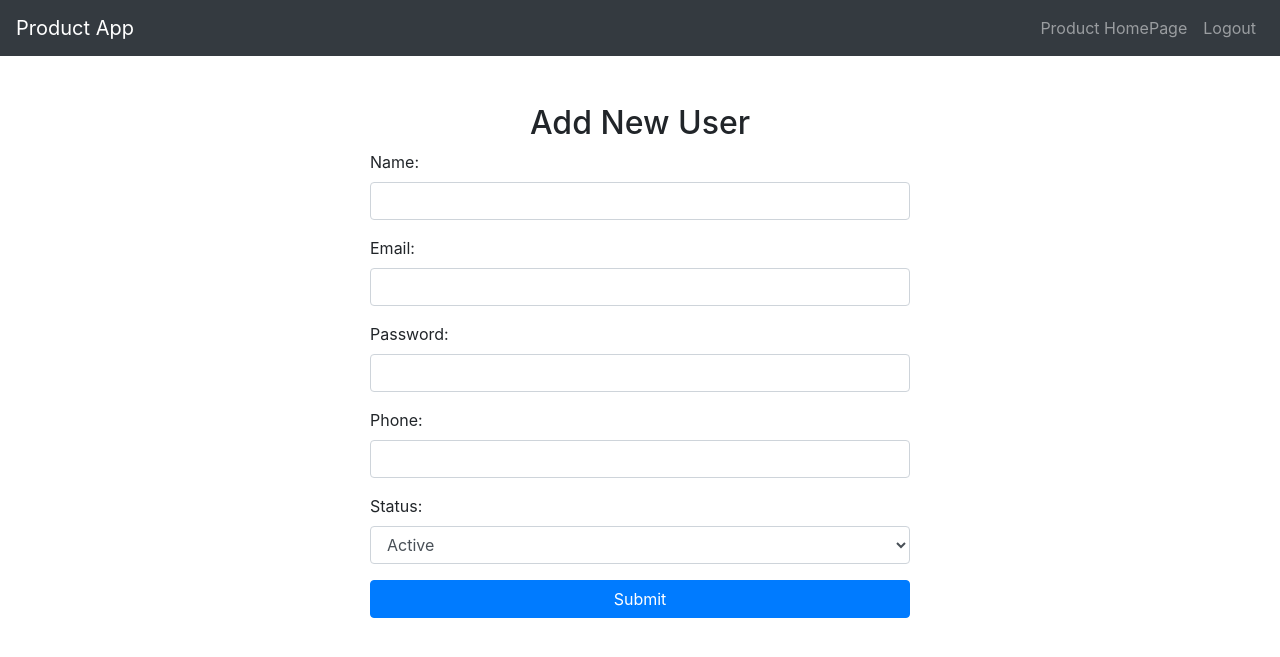
Repository: RakaYadav/Product_app_Project
Page: http://localhost/product_app_project/views/changeStatus.jsp
An editor plug-in stored every save of this project. The page is shown before and after the next save, followed by the edit.
The browser window is 1280 px wide. The pictures show the whole page.
Some web libraries are served in a nearby version. The page is served by Tomcat 10. Other server files are loaded and not shown. The template is opened directly, without the code that normally fills it, so the values that code supplies are empty.

Above is the page before, as saved 2024-07-02 07:32:24.

### product_app_project/src/main/webapp/views/changeStatus.jsp
<%@ page language="java" contentType="text/html; charset=ISO-8859-1"
	pageEncoding="ISO-8859-1"%>
<!DOCTYPE html>
<html>
<head>
<meta charset="ISO-8859-1">
<%@include file="./baseall.jsp"%>
</head>
<body>
	<nav class="navbar navbar-expand-lg navbar-dark bg-dark">
		<a class="navbar-brand" href="#">Product App</a>
		<button class="navbar-toggler" type="button" data-toggle="collapse"
			data-target="#navbarNav" aria-controls="navbarNav"
			aria-expanded="false" aria-label="Toggle navigation">
			<span class="navbar-toggler-icon"></span>
		</button>
		<div class="collapse navbar-collapse" id="navbarNav">
			<ul class="navbar-nav ml-auto">
				<li class="nav-item"><a class="nav-link" href="homePage">Product
						HomePage</a></li>
				<li class="nav-item"><a class="nav-link" href="logout">Logout</a>
				</li>
			</ul>
		</div>
	</nav>
	<div class="container mt-5">
		<div class="row">
			<div class="col-md-6 offset-md-3">
				<h2 class="text-center">Add New User</h2>
				<form action="updateStatus" method="post">
					<div class="form-group">
						<label for="name">Name:</label> <input type="text"
							class="form-control" id="name" name="name" required>
					</div>
					<div class="form-group">
						<label for="email">Email:</label> <input type="email"
							class="form-control" id="email" name="email" required>
					</div>
					<div class="form-group">
						<label for="password">Password:</label> <input type="password"
							class="form-control" id="password" name="password" required>
					</div>
					<div class="form-group">
						<label for="phone">Phone:</label> <input type="text"
							class="form-control" id="phone" name="phone" required>
					</div>
					<div class="form-group">
						<label for="status">Status:</label> <select class="form-control"
							id="status" name="status" required>
							<option value="Active">Active</option>
							<option value="Inactive">Inactive</option>
						</select>
					</div>
					<button type="submit" class="btn btn-primary btn-block">Submit</button>
				</form>
			</div>
		</div>
	</div>
</body>
</html>

### product_app_project/src/main/webapp/views/baseall.jsp
<%@ page language="java" contentType="text/html; charset=ISO-8859-1"
	pageEncoding="ISO-8859-1"%>
<%@ page isELIgnored="false"%>
<%@ taglib prefix="c" uri="http://java.sun.com/jsp/jstl/core"%>
<!DOCTYPE html>
<html>
<head>
<meta charset="ISO-8859-1">
<title><c:out value="${title }"> Product Crud App</c:out></title>
<link rel="stylesheet"
	href="https://cdn.jsdelivr.net/npm/bootstrap@4.0.0/dist/css/bootstrap.min.css"
	integrity="sha384-Gn5384xqQ1aoWXA+058RXPxPg6fy4IWvTNh0E263XmFcJlSAwiGgFAW/dAiS6JXm"
	crossorigin="anonymous">
<link rel="stylesheet"
	href="https://cdn.jsdelivr.net/npm/bootstrap@4.0.0/dist/css/bootstrap.min.css"
	integrity="sha384-Gn5384xqQ1aoWXA+058RXPxPg6fy4IWvTNh0E263XmFcJlSAwiGgFAW/dAiS6JXm"
	crossorigin="anonymous">
</head>
<body>
	<script src="https://code.jquery.com/jquery-3.2.1.slim.min.js"
		integrity="sha384-KJ3o2DKtIkvYIK3UENzmM7KCkRr/rE9/Qpg6aAZGJwFDMVNA/GpGFF93hXpG5KkN"
		crossorigin="anonymous"></script>
	<script
		src="https://cdn.jsdelivr.net/npm/popper.js@1.12.9/dist/umd/popper.min.js"
		integrity="sha384-ApNbgh9B+Y1QKtv3Rn7W3mgPxhU9K/ScQsAP7hUibX39j7fakFPskvXusvfa0b4Q"
		crossorigin="anonymous"></script>
	<script
		src="https://cdn.jsdelivr.net/npm/bootstrap@4.0.0/dist/js/bootstrap.min.js"
		integrity="sha384-JZR6Spejh4U02d8jOt6vLEHfe/JQGiRRSQQxSfFWpi1MquVdAyjUar5+76PVCmYl"
		crossorigin="anonymous"></script>
	<script src="https://code.jquery.com/jquery-3.2.1.slim.min.js"
		integrity="sha384-KJ3o2DKtIkvYIK3UENzmM7KCkRr/rE9/Qpg6aAZGJwFDMVNA/GpGFF93hXpG5KkN"
		crossorigin="anonymous"></script>
	<script
		src="https://cdn.jsdelivr.net/npm/popper.js@1.12.9/dist/umd/popper.min.js"
		integrity="sha384-ApNbgh9B+Y1QKtv3Rn7W3mgPxhU9K/ScQsAP7hUibX39j7fakFPskvXusvfa0b4Q"
		crossorigin="anonymous"></script>
	<script
		src="https://cdn.jsdelivr.net/npm/bootstrap@4.0.0/dist/js/bootstrap.min.js"
		integrity="sha384-JZR6Spejh4U02d8jOt6vLEHfe/JQGiRRSQQxSfFWpi1MquVdAyjUar5+76PVCmYl"
		crossorigin="anonymous"></script>

</body>
</html>

After the next save:
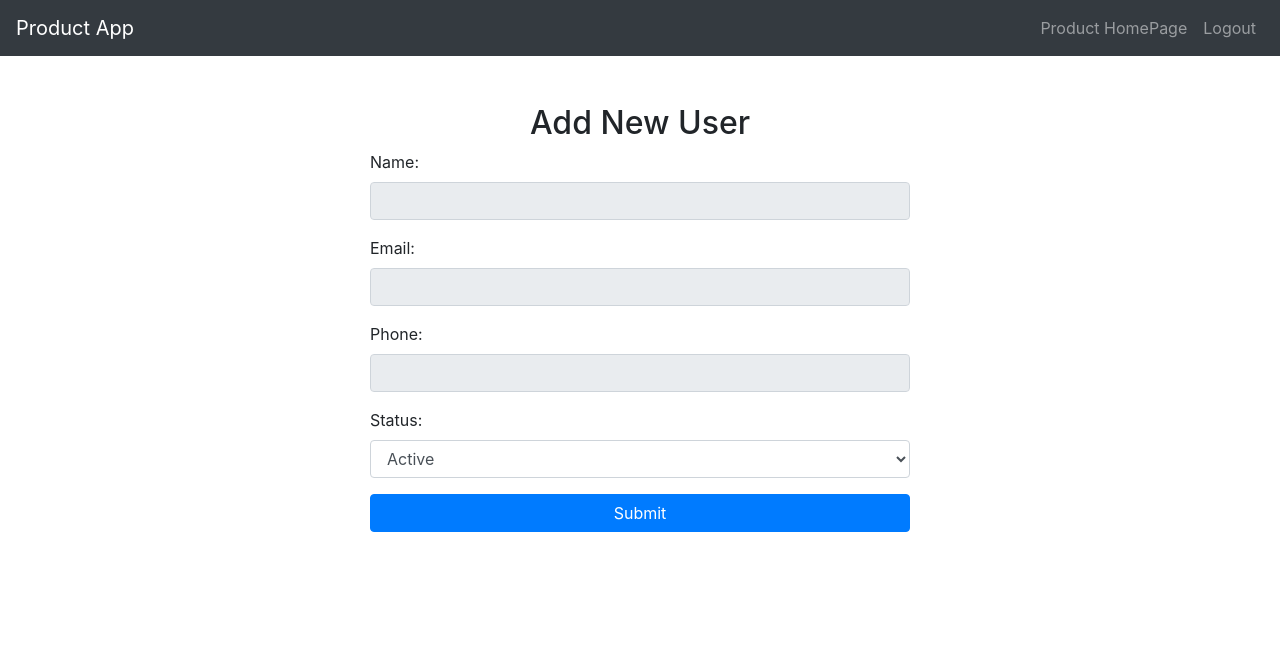
Saved 5 min 56 s later.
--- a/product_app_project/src/main/webapp/views/changeStatus.jsp
+++ b/product_app_project/src/main/webapp/views/changeStatus.jsp
@@ -30,23 +30,19 @@
 				<form action="updateStatus" method="post">
 					<div class="form-group">
 						<label for="name">Name:</label> <input type="text"
-							class="form-control" id="name" name="name" required>
+							class="form-control" id="name" name="name" required readonly="readonly">
 					</div>
 					<div class="form-group">
 						<label for="email">Email:</label> <input type="email"
-							class="form-control" id="email" name="email" required>
-					</div>
-					<div class="form-group">
-						<label for="password">Password:</label> <input type="password"
-							class="form-control" id="password" name="password" required>
+							class="form-control" id="email" name="email" required readonly="readonly">
 					</div>
 					<div class="form-group">
 						<label for="phone">Phone:</label> <input type="text"
-							class="form-control" id="phone" name="phone" required>
+							class="form-control" id="phone" name="phone" required readonly="readonly">
 					</div>
 					<div class="form-group">
 						<label for="status">Status:</label> <select class="form-control"
-							id="status" name="status" required>
+							id="status" name="status" required >
 							<option value="Active">Active</option>
 							<option value="Inactive">Inactive</option>
 						</select>
